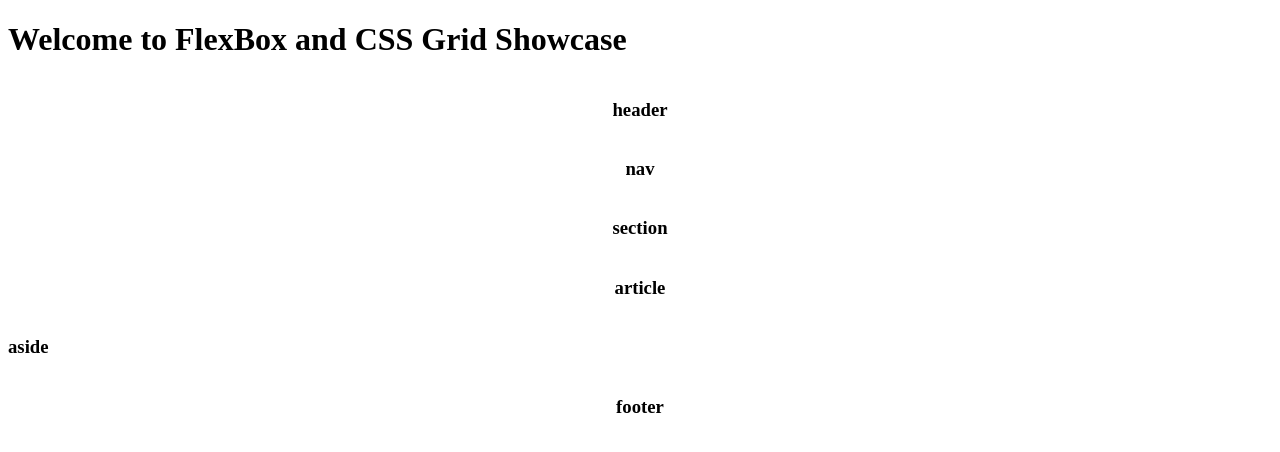
Repository: Awhit-commits/CSS_GRID_AND_FLEXBOX_LESSON
Page: index.html
The author's editor kept a copy of each file at every save. The page is drawn from the files as they stood at one save, then again after the next save.
The browser window is 1280 px wide. The pictures show the whole page.

Above is the page before, as saved 2020-12-21 10:22:06.

After the next save:
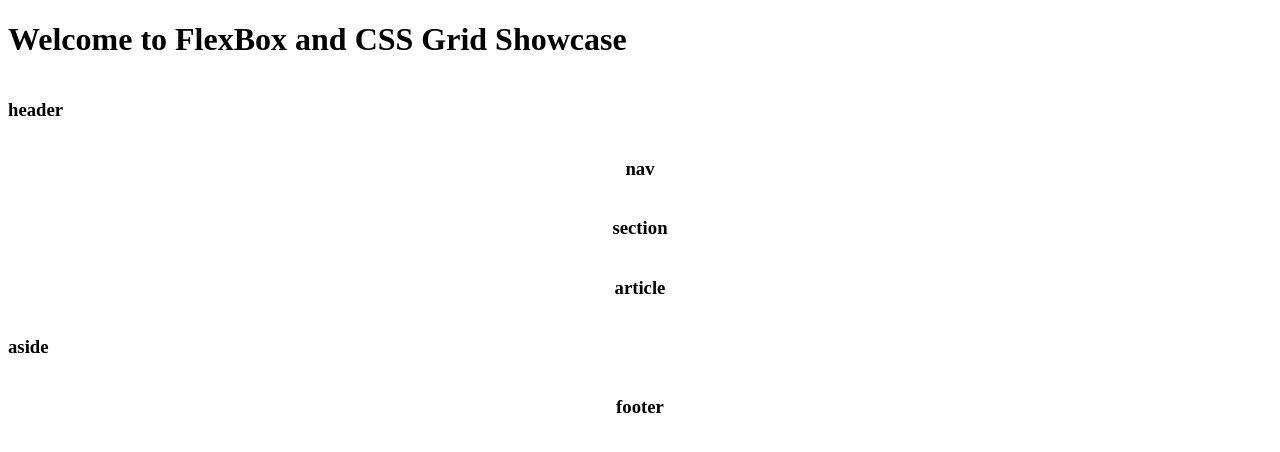
Saved 8 s later.
--- a/style.css
+++ b/style.css
@@ -10,7 +10,7 @@
 }
 
 
-
+@media all and (min-width)
 
 .header{
 

After the 4 saves that followed:
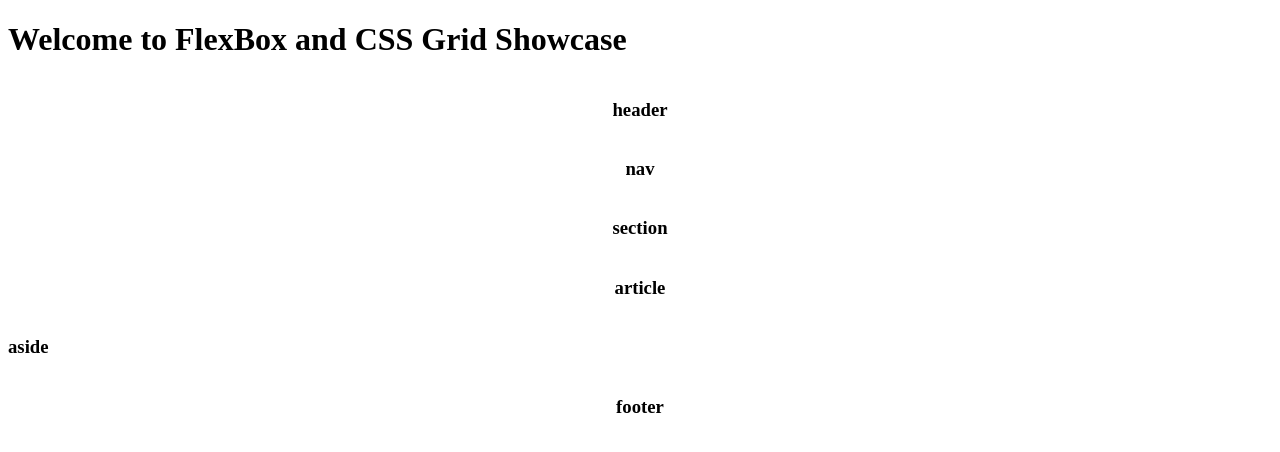
The 4 saves are shown as one change because 1 left the picture as it was and some came seconds apart.
The last was saved 15 s later.
--- a/style.css
+++ b/style.css
@@ -10,7 +10,9 @@
 }
 
 
-@media all and (min-width)
+@media all and (min-width : 600px){
+    .aside
+}
 
 .header{
 
